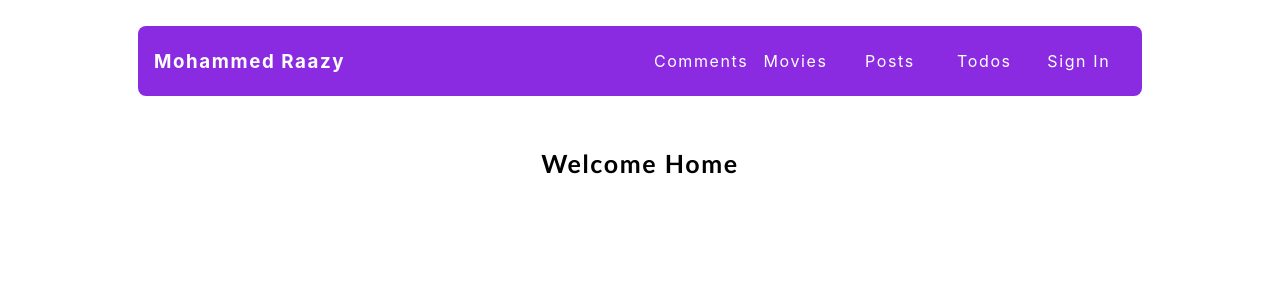
Repository: raazymuhd1/learn-nextjs
Page: /
The author's editor kept a copy of each file at every save. The page is drawn from the files as they stood at one save, then again after the next save.
The browser window is 1280 px wide. The pictures show the whole page.
The page's requests for data from a server got no answer. The project was rebuilt for these pictures with package versions that can differ from the ones it lists, and the page was loaded fresh each time. The framework's server and built-in components were replaced by stand-ins that run in the browser. No one was signed in, and anything a server would have sent is missing.

Above is the page before, as saved 2021-09-03 14:56:59.

### pages/_app.js
import Layout from '../components/Layout'
import '../styles/globals.css'
import { createStore } from "redux"
import { Provider } from "react-redux"

import Themes from "../globalStyle/theme"

import  allReducers from "../reducers"

const store = createStore(allReducers)

function MyApp({ Component, pageProps }) {
  return (
    <Provider store={store}>
          <Themes>
             <Layout>
                <Component {...pageProps} />
            </Layout>
          </Themes>
    </Provider>
  )

}

export default MyApp

### pages/index.js
import Head from 'next/head'
import Image from 'next/image'
import styles from '../styles/Home.module.scss'
import { useSession } from "next-auth/client"

export default function Home() {
         const dude = "dude"
         const [ session, loading ] = useSession()

         console.log(session)

  return (
          <div className={styles.container}>
              <h2 className={styles.heading}> Welcome Home  </h2>
          </div>
  )
}

### components/Layout/index.js
import React, { useEffect } from 'react'
import Head from 'next/head'
import { Container, Main } from '../global'
import Navbar from '../Navbar'

const Layout = ({ children }) => {

    return (
        <Container>
            <Navbar />
            <Head>
                <meta name="description" content="nextjs app" />
                <title> Big Next Project </title>
            </Head>

            <Main>
                { children }
            </Main>
        </Container>
    )
}

export default Layout

### globalStyle/theme.js
import { ThemeProvider } from "styled-components"

import theme from "./defualtThemes"

const Theme = ({ children }) => {
    return (
        <ThemeProvider theme={theme}>
             { children }
        </ThemeProvider>
    )
}

export default Theme

### reducers/index.js
import { combineReducers } from "redux"
import { movies } from './movies'

const allReducers =  combineReducers({
       movies,
})

export default allReducers;

### styles/Home.module.scss
$bg: linear-gradient(40deg, #333, palevioletred);

.container {
   padding: 10px;
   width: 90%;
   margin: 1rem auto;

   .heading {
     letter-spacing: 0.1rem;
     font-size: 25px;
     font-weight: 600;
     font-family: 'Trebuchet MS', 'Lucida Sans Unicode', 'Lucida Grande', 'Lucida Sans', Arial, sans-serif;
     text-align: center;
   }
}

### components/global/index.js
import styled from 'styled-components'

export const Container = styled.div`
    padding: 10px;
    width: 80%;
    margin: 1rem auto;
`
export const Main = styled.main`
    padding: 5px 10px;
`

### components/Navbar/index.js
import { LI, Nav, UL, HeadingThree } from "./styles";
import Link from "next/link"
import { useSession, signIn, signOut } from "next-auth/client"

const Navbar = () => {
     const [session, loading] = useSession()

    return (
        <Nav>
             <HeadingThree> Mohammed Raazy </HeadingThree>
             <UL>
                 <Link href="/comment">
                     <LI> Comments </LI>
                 </Link>
                 <Link href="/movies">
                     <LI> Movies </LI>
                 </Link>
                 <Link href="/posts">
                     <LI> Posts </LI>
                 </Link>
                 <Link href="/todo">
                     <LI> Todos </LI>
                 </Link>
                 { !session &&
                        <LI onClick={() => signIn()}> Sign In </LI>
                  }
                  { session && !loading &&
                        <LI onClick={() => signOut() } > Sign Out </LI>
                  }
             </UL>
        </Nav>
    )
}

export default Navbar;

### globalStyle/defualtThemes.js
const themes = {
    colors: {
        bg: "blueviolet",
        fnColor: "#333"
    },

    breakpoints: {
        sm: "screen and (max-width: 640px)",
        md: "screen and (max-width: 768px)",
        lg: "screen and (max-width: 1024px)",
        xl: "screen and (max-width: 1280px)"
    }
}

export default themes;

### reducers/movies.js
const initialState = [
    { id: 1, name: "Avengers", price: "3k" },
]

export const movies =  (state = initialState, action) => {
     switch(action.type) {
         case "addMovie":
               return [ ...state, { name: action.name, price: action.price } ]
        default:
            return state
     }
}

### components/Navbar/styles.js
import styled from "styled-components"

export const Nav = styled.nav`
    padding: 5px 1rem;
    display: flex;
    align-items: center;
    justify-content: space-between;
    background:${({theme}) => theme.colors.bg } ;
    color: #fff;
    border-radius: 8px;
    letter-spacing: 0.1rem;

    @media ${({theme}) => theme.breakpoints.sm } {
         flex-direction: column;
         justify-content: center;
    }

`

export const HeadingThree = styled.h3`
    letter-spacing: 0.1rem;
`

export const UL = styled.div`
   display: grid;
   grid-template-columns: repeat(5, 1fr);
   justify-items: center;
   ${'' /* gap: 10px; */}
   cursor: pointer;

${'' /* small size */}
   @media ${({theme}) => theme.breakpoints.sm } {
       display: grid;
       grid-template-columns: repeat(3, 1fr);
       justify-items: center;
   }

   ${'' /* medium size */}
   @media ${({theme}) => theme.breakpoints.md} {
       margin-left: 1rem;
       grid-template-columns: repeat(3, 1fr);
   }
`

export const LI = styled.li`
    list-style: none;
`

Loaded but not shown: pages/_document.js (common file); styles/globals.css (common file)

After the next save:
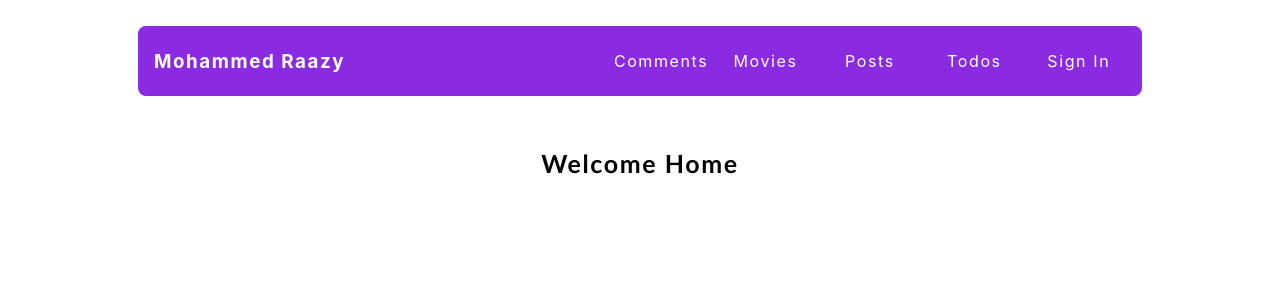
Saved 33 s later.
--- a/components/Navbar/styles.js
+++ b/components/Navbar/styles.js
@@ -25,7 +25,7 @@ export const UL = styled.div`
    display: grid;
    grid-template-columns: repeat(5, 1fr);
    justify-items: center;
-   ${'' /* gap: 10px; */}
+   gap: 10px;
    cursor: pointer;
 
 ${'' /* small size */}
